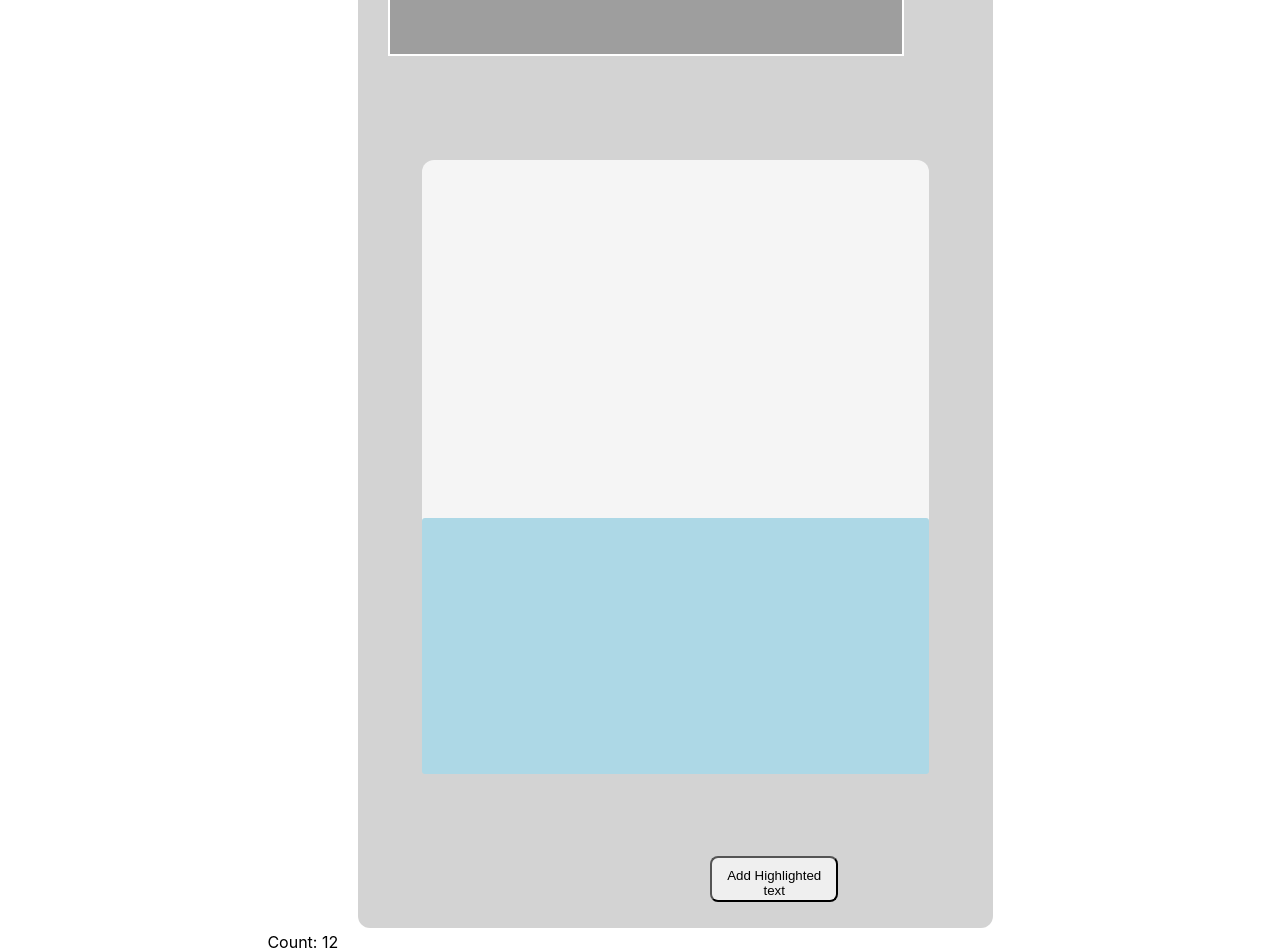
Repository: Farbod29/React-text-highlighter-with-hook-
Page: /
These files come from the project's save history. The page is drawn as it stood at one moment and after a run of saves; the edit follows.
The browser window is 1280 px wide. The pictures show the part of the page from y = 372 to 1324 px (the page is 1324 px tall).
Pictures or frames that could not be fetched are drawn as grey boxes. The project was rebuilt for these pictures with package versions that can differ from the ones it lists, and the page was loaded fresh each time.

Above is the page before, as saved 2022-02-18 23:16:22.

### src/App.js
import './App.css';
import Highlighter from './highlighter';
function App() {
  return (
    <div className="App">
      <Highlighter />
    </div>
  );
}

export default App;

### src/highlighter.js
import React, { useEffect, useState } from 'react';

export default function Highlighter() {
  let doit = () => {
    document.onmouseup = () => {
      console.log(window.getSelection().toString());
    };
  };
  const [count, setCount] = useState(12);
  return (
    <>
      Count: {count}
      {/* <button onClick={() => setCount((prevCount) => prevCount - 1)}>-</button> */}
      <div
        style={{
          padding: '0px 10px',
          height: '100vw',
          width: '48vw',
          margin: '20px',
          borderRadius: '12px',
          backgroundColor: '#D3D3D3',
          inline: true,
          fontColor: 'red',
          display: 'inline-block',
          textAlign: 'center',
          position: 'relative',
        }}
      >
        <img
          style={{
            height: '30vw',
            width: '40vw',
            position: 'absolute',
            border: '2px solid',
            borderColor: '#ffff',
            left: 30,
            top: 20,
          }}
          src="https://pfrias.couragecompanion.eu/storage/m/_v2/213604778138275840/4f8b684e5-e9314a/vlyvkRQwb3ew/u8hVvH5l5IFvha9MQyXCzPOYLo2SXG3bqIpv6vBg.png"
        ></img>
        <div
          style={{
            // textBox1
            padding: '0px 10px',
            backgroundColor: '#F5F5F5',
            height: '40vw',
            width: '38vw',
            left: '5vw',
            top: '40vw',
            borderRadius: '12px',
            position: 'absolute',
          }}
        />
        <div
          style={{
            // textBox
            padding: '0px 10px',
            backgroundColor: '#ADD8E6',
            height: '20vw',
            width: '38vw',
            left: '5vw',
            top: '68vw',
            borderRadius: '3px',
            position: 'absolute',
          }}
        />
        <div // parent of button
          style={{
            top: '500',
            position: 'absolute',
            bottom: '2vw',
            left: '21vw',
            right: '1vw',
            width: '23vw',
          }}
        >
          <button
            style={{
              padding: '10px',
              borderRadius: '8px',
              height: '46px',
              width: '128px',
            }}
            onClick={() => setCount(12)}
          >
            {' '}
            Add Highlighted text{' '}
          </button>
        </div>
      </div>
      {doit()}
    </>
  );
}

Loaded but not shown: public/index.html (common file); src/index.js (common file); src/index.css (common file); src/reportWebVitals.js (common file); src/App.css (common file)

After the next 4 saves:
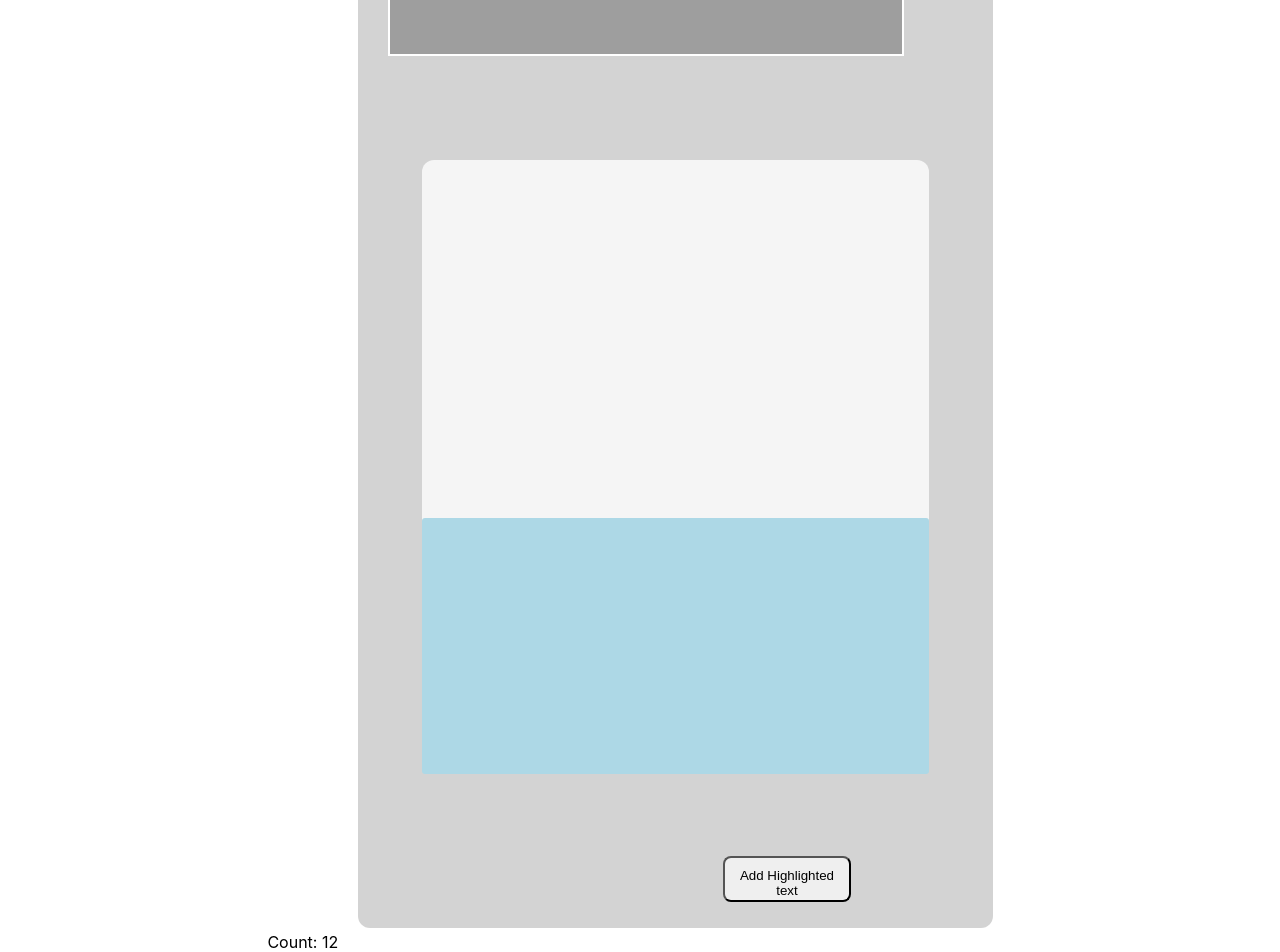
The 4 saves are shown as one change because they came seconds apart.
The last was saved 13 s later.
--- a/src/highlighter.js
+++ b/src/highlighter.js
@@ -69,7 +69,7 @@ export default function Highlighter() {
             top: '500',
             position: 'absolute',
             bottom: '2vw',
-            left: '21vw',
+            left: '22vw',
             right: '1vw',
             width: '23vw',
           }}
